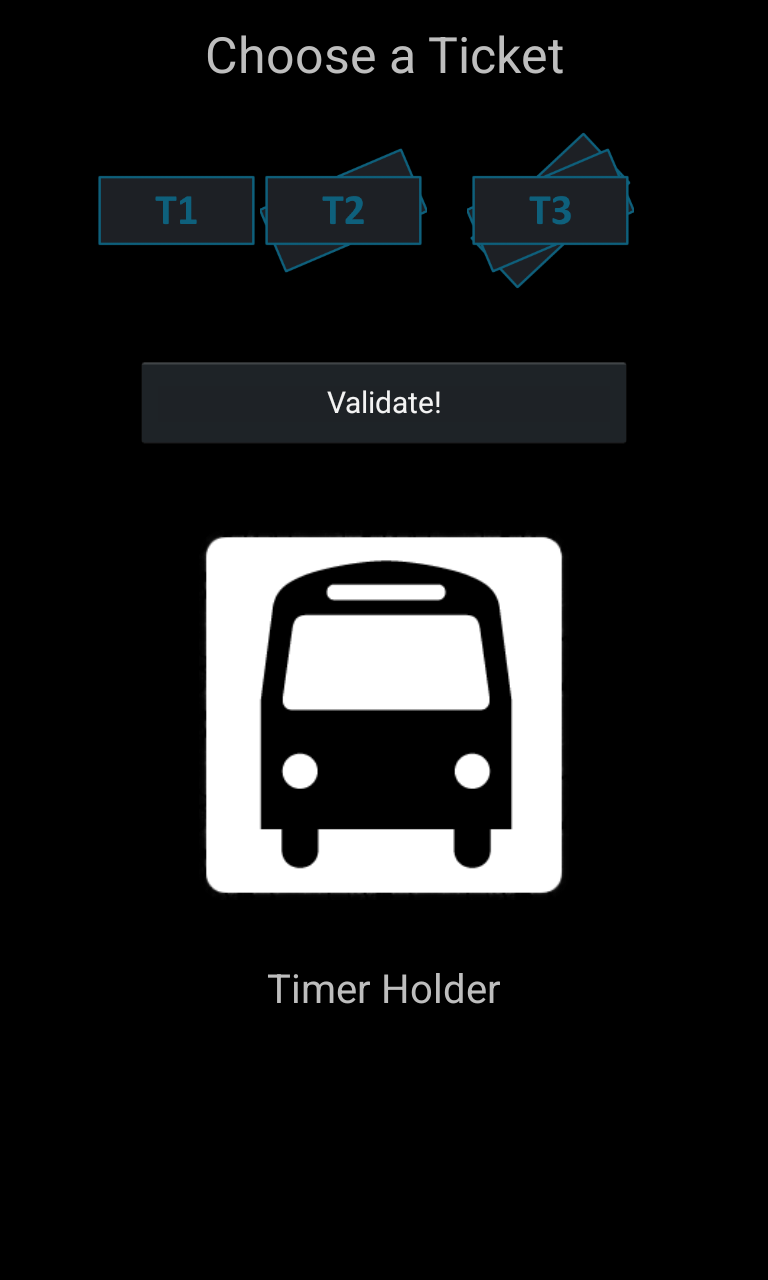
Repository: Nelspike/BusTicketer
Layout: PassengerMode/res/layout/fragment_show_tickets.xml
An editor plug-in stored every save of this project. The layout is shown before and after the next save, followed by the edit.
It is drawn on a 768 x 1280 px phone screen (xhdpi) without system bars, with theme AppTheme; the app's code is not run.

Above is the layout before, as saved 2013-10-19 21:12:25.

After the next save:
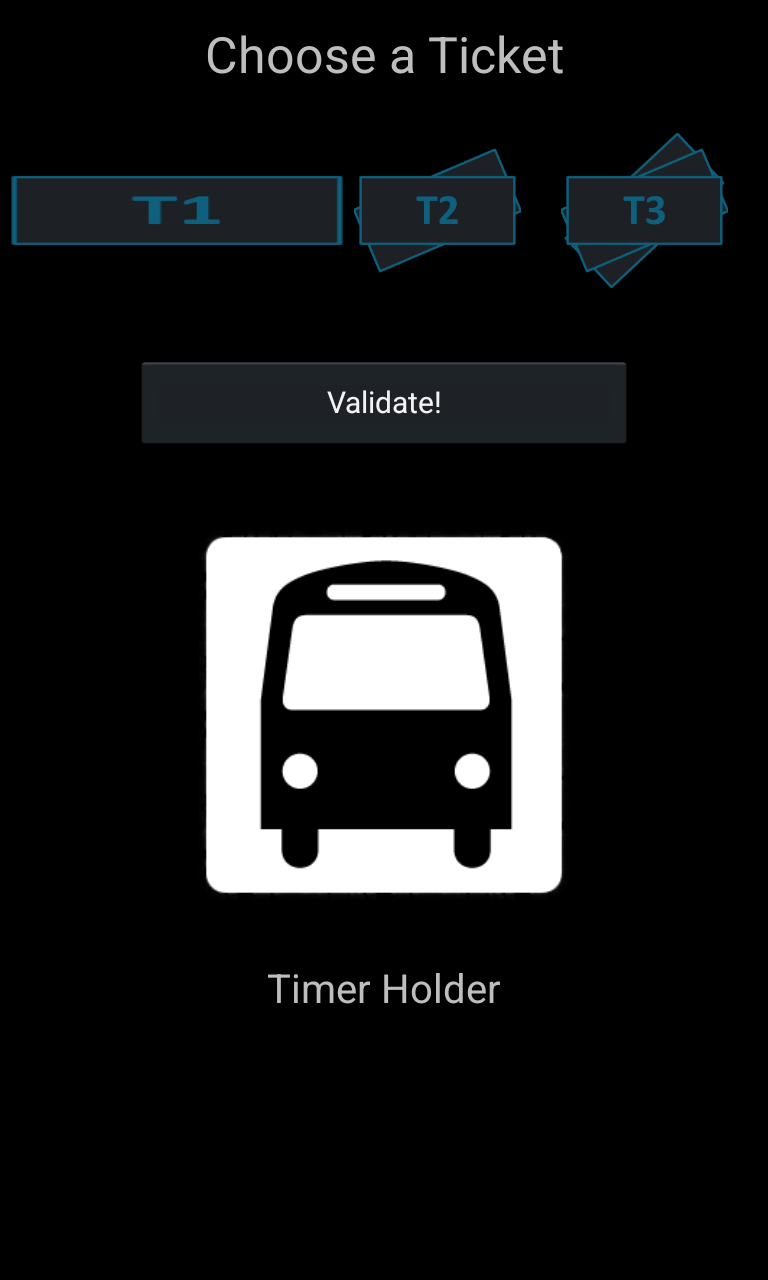
Saved 11 s later.
--- a/PassengerMode/res/layout/fragment_show_tickets.xml
+++ b/PassengerMode/res/layout/fragment_show_tickets.xml
@@ -32,7 +32,7 @@
 			    android:background="@drawable/t1_selector"
 				android:layout_width="wrap_content"
 				android:layout_height="wrap_content"
-				android:padding="20dp"/>
+				android:layout_weight="1"/>
 
 			<RadioButton
 			    android:id="@+id/t2_radio"
